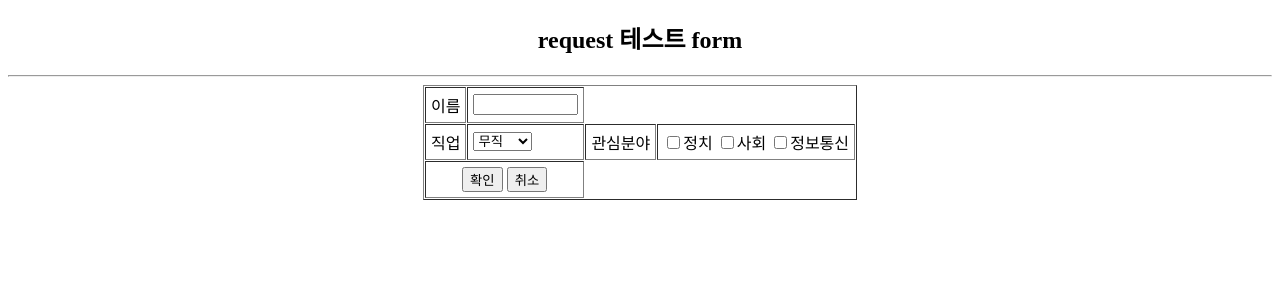
Repository: donggeonoh/My_Source
Page: JSP-Web Source/WebProgramming/WebContent/ch06/request_form.html
The author's editor kept a copy of each file at every save. The page is drawn from the files as they stood at one save, then again after the next save.
The browser window is 1280 px wide. The pictures show the whole page.

Above is the page before, as saved 2016-10-13 11:12:20.

### JSP-Web Source/WebProgramming/WebContent/ch06/request_form.html
<!DOCTYPE html>
<html>
<head>
<meta charset="EUC-KR">
<title>Request_form test</title>
<script>
	document.cookie = "test = OK."; //변수명 = 값
</script>
</head>
<body>
	<div align = "center">
		<H2>request 테스트 form</H2> <HR>

		<form name=form2 action = "request_result.jsp" method="post">
			<table border = "1" cellspacing = "1" cellpadding = "5">
				<tr> <td>이름</td>
				<td><input type = text size = 10 name = username></td>
				<tr> <td>직업</td>
				<td>
					<select name = job>
						<option selected>무직</option>
						<option>회사원</option>
						<option>전문직</option>
						<option>학생</option>
					</select>
				</td>

				<td>관심분야</td>
				<td>
					<input type = checkbox name = favorite value = "정치">정치
					<input type = checkbox name = favorite value = "사회">사회
					<input type = checkbox name = favorite value = "정보통신">정보통신

					<tr>
						<td colspan = 2 align = "center">
						<input type = submit value = "확인">
						<input type = reset value = "취소">
						</td>
					</tr>
			</table>
		</form>
	</div>
</body>
</html>

After the next save:
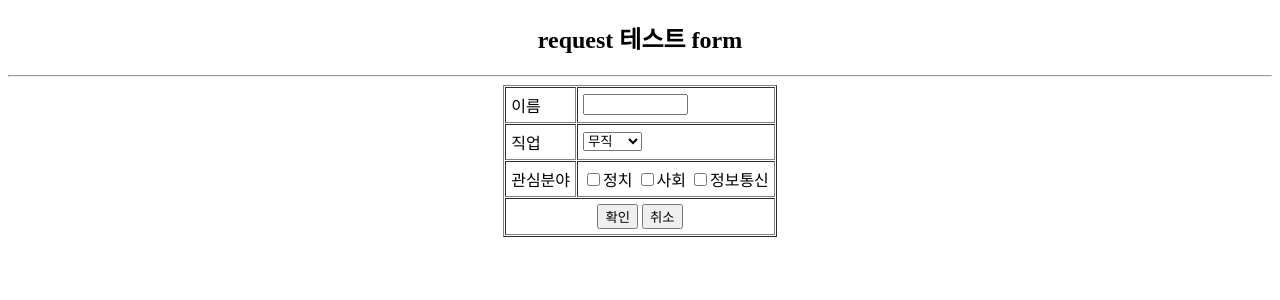
Saved 3 min 50 s later.
--- a/JSP-Web Source/WebProgramming/WebContent/ch06/request_form.html
+++ b/JSP-Web Source/WebProgramming/WebContent/ch06/request_form.html
@@ -23,7 +23,7 @@
 						<option>전문직</option>
 						<option>학생</option>
 					</select>
-				</td>
+				</td> <tr>
 
 				<td>관심분야</td>
 				<td>
